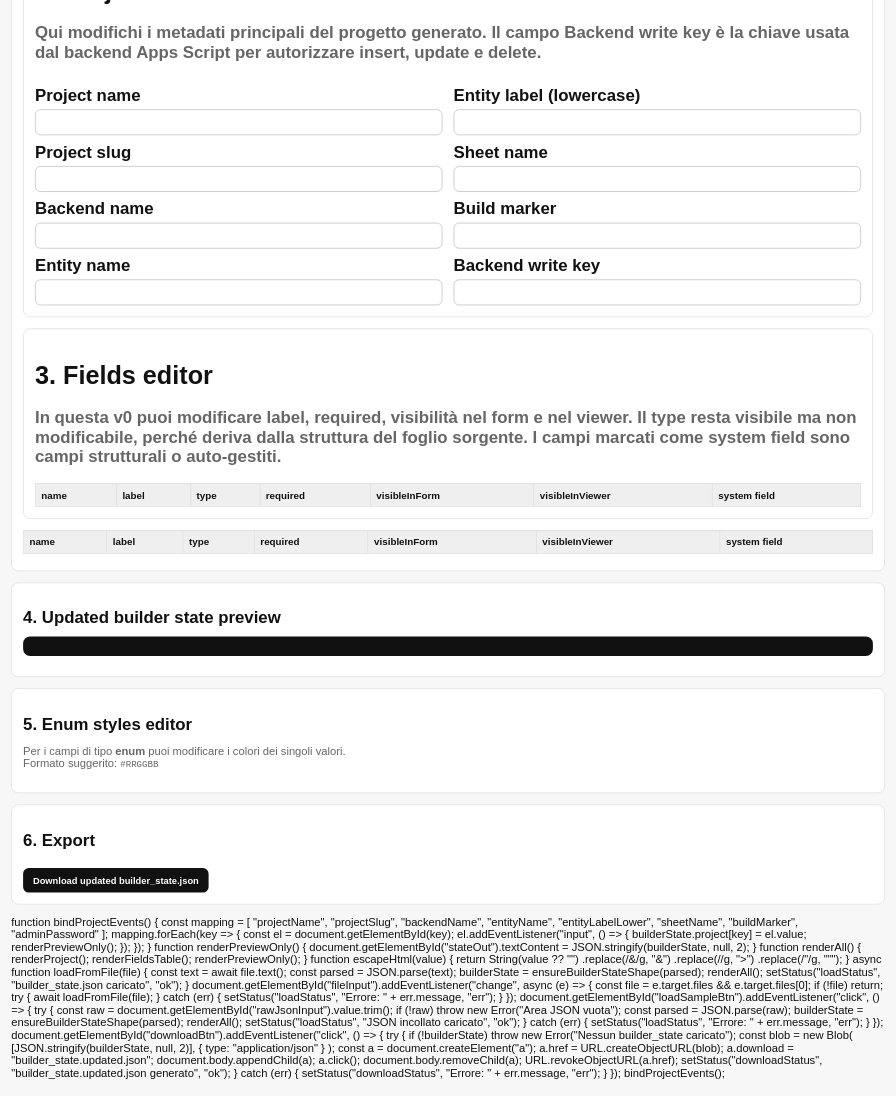
Repository: progettazionemauro/sheets.builder
Page: docs/builder.html
The author's editor kept a copy of each file at every save. The page is drawn from the files as they stood at one save, then again after the next save.
The browser window is 1280 px wide. The pictures show the part of the page from y = 693 to 2613 px (the page is 2259 px tall before and 2613 px after), at 70% of full size.

Above is the page before, as saved 2026-04-14 04:55:50.

After the next save:
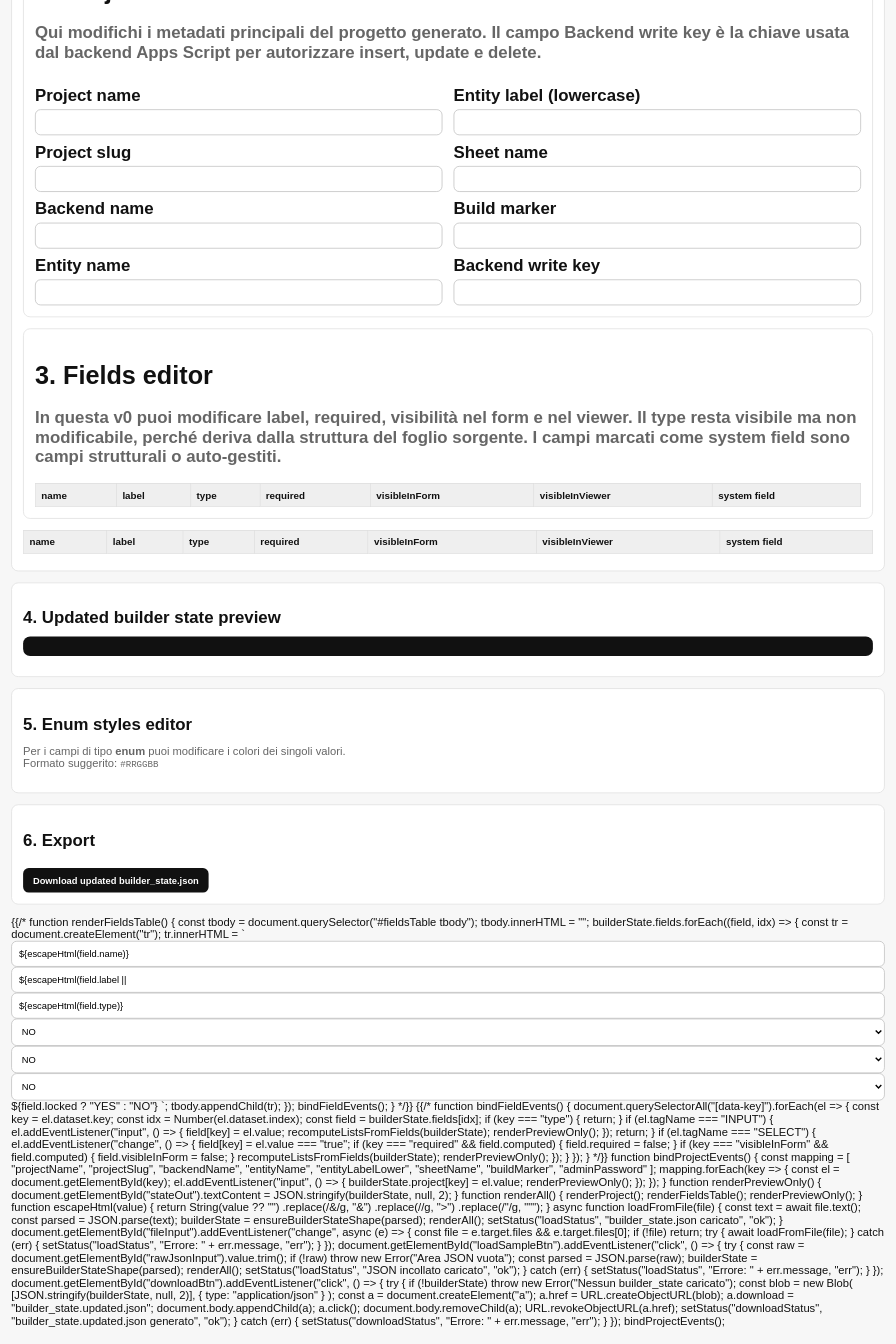
Saved 7 s later.
--- a/docs/builder.html
+++ b/docs/builder.html
@@ -695,7 +695,88 @@
   bindProjectEvents();
 </script>
 
-
+  {{/*  function renderFieldsTable() {
+    const tbody = document.querySelector("#fieldsTable tbody");
+    tbody.innerHTML = "";
+
+    builderState.fields.forEach((field, idx) => {
+      const tr = document.createElement("tr");
+
+      tr.innerHTML = `
+        <td class="${field.locked ? "readonly-cell" : ""}">
+          <input data-key="name" data-index="${idx}" value="${escapeHtml(field.name)}" ${field.locked ? "readonly" : ""} />
+        </td>
+        <td>
+          <input data-key="label" data-index="${idx}" value="${escapeHtml(field.label || "")}" />
+        </td>
+        <td class="readonly-cell">
+          <input data-key="type" data-index="${idx}" value="${escapeHtml(field.type)}" readonly />
+        </td>
+        <td>
+          <select data-key="required" data-index="${idx}" ${field.computed ? "disabled" : ""}>
+            <option value="false" ${field.required ? "" : "selected"}>NO</option>
+            <option value="true" ${field.required ? "selected" : ""}>YES</option>
+          </select>
+        </td>
+        <td>
+          <select data-key="visibleInForm" data-index="${idx}" ${field.computed ? "disabled" : ""}>
+            <option value="false" ${field.visibleInForm ? "" : "selected"}>NO</option>
+            <option value="true" ${field.visibleInForm ? "selected" : ""}>YES</option>
+          </select>
+        </td>
+        <td>
+          <select data-key="visibleInViewer" data-index="${idx}">
+            <option value="false" ${field.visibleInViewer ? "" : "selected"}>NO</option>
+            <option value="true" ${field.visibleInViewer ? "selected" : ""}>YES</option>
+          </select>
+        </td>
+        <td class="readonly-cell">${field.locked ? "YES" : "NO"}</td>
+      `;
+
+      tbody.appendChild(tr);
+    });
+
+    bindFieldEvents();
+  }
+</script>  */}}
+
+    {{/*  function bindFieldEvents() {
+    document.querySelectorAll("[data-key]").forEach(el => {
+      const key = el.dataset.key;
+      const idx = Number(el.dataset.index);
+      const field = builderState.fields[idx];
+
+      if (key === "type") {
+        return;
+      }
+
+      if (el.tagName === "INPUT") {
+        el.addEventListener("input", () => {
+          field[key] = el.value;
+          recomputeListsFromFields(builderState);
+          renderPreviewOnly();
+        });
+        return;
+      }
+
+      if (el.tagName === "SELECT") {
+        el.addEventListener("change", () => {
+          field[key] = el.value === "true";
+
+          if (key === "required" && field.computed) {
+            field.required = false;
+          }
+
+          if (key === "visibleInForm" && field.computed) {
+            field.visibleInForm = false;
+          }
+
+          recomputeListsFromFields(builderState);
+          renderPreviewOnly();
+        });
+      }
+    });
+  }  */}}
 
   function bindProjectEvents() {
     const mapping = [
